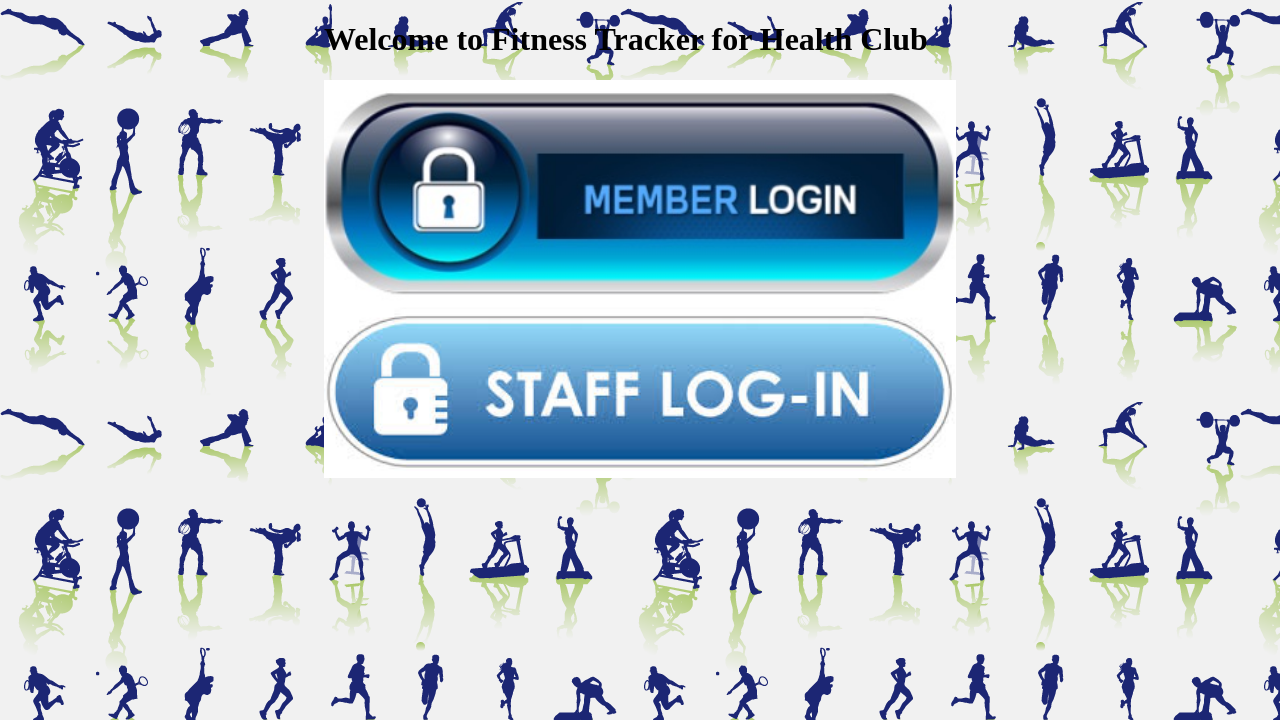
Repository: dmiropol/FitnessMemberTracker
Page: http://localhost/
These files come from the project's save history. The page is drawn as it stood at one moment and after the next save; the edit follows.
The browser window is 1280 px wide. The pictures show the whole page.
The page is served by the project's Node server (app.js).

Above is the page before, as saved 2018-11-15 16:19:44.

After the next save:
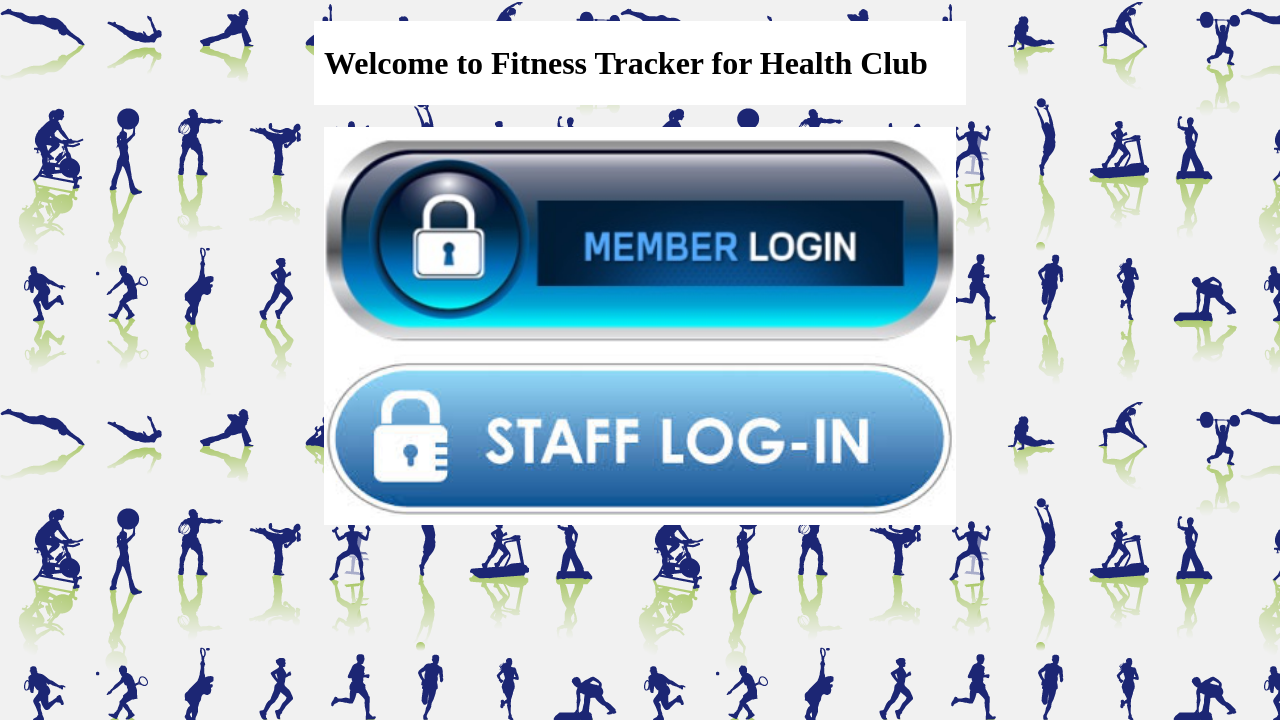
Saved 17 h 38 min later.
--- a/public/stylesheets/style.css
+++ b/public/stylesheets/style.css
@@ -106,3 +106,10 @@ select  {
     margin-right: auto;
     width: 50%;
 }
+
+h1, h2{
+	background: white;
+	display: inline;
+	padding:10px;
+	line-height: 2em;
+}
